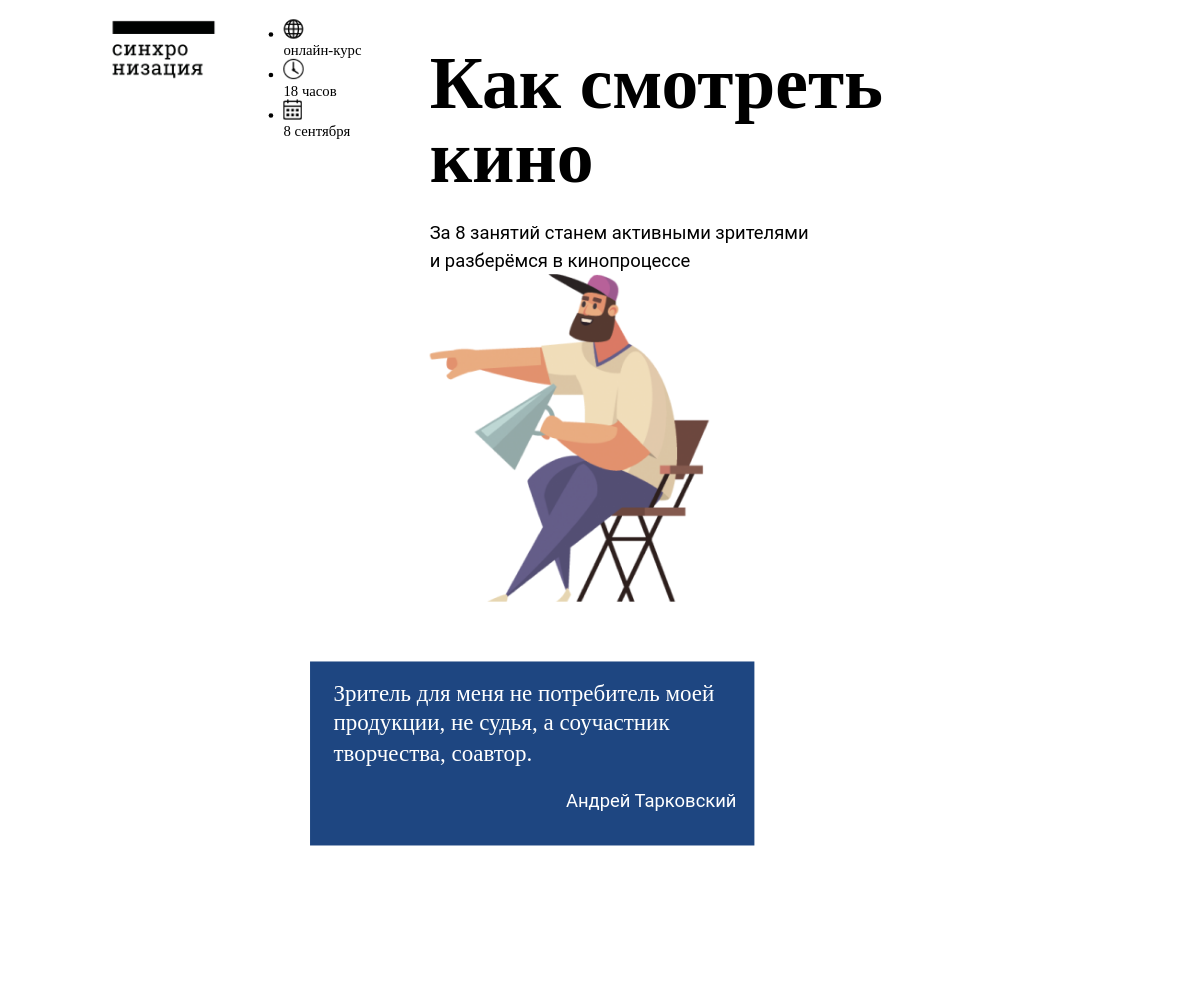
Repository: PoladEziz/Task-8
Page: index.html
The author's editor kept a copy of each file at every save. The page is drawn from the files as they stood at one save, then again after the next save.
The browser window is 1280 px wide. The pictures show the whole page, at 92% of full size.

Above is the page before, as saved 2023-05-25 16:23:32.

After the next save:
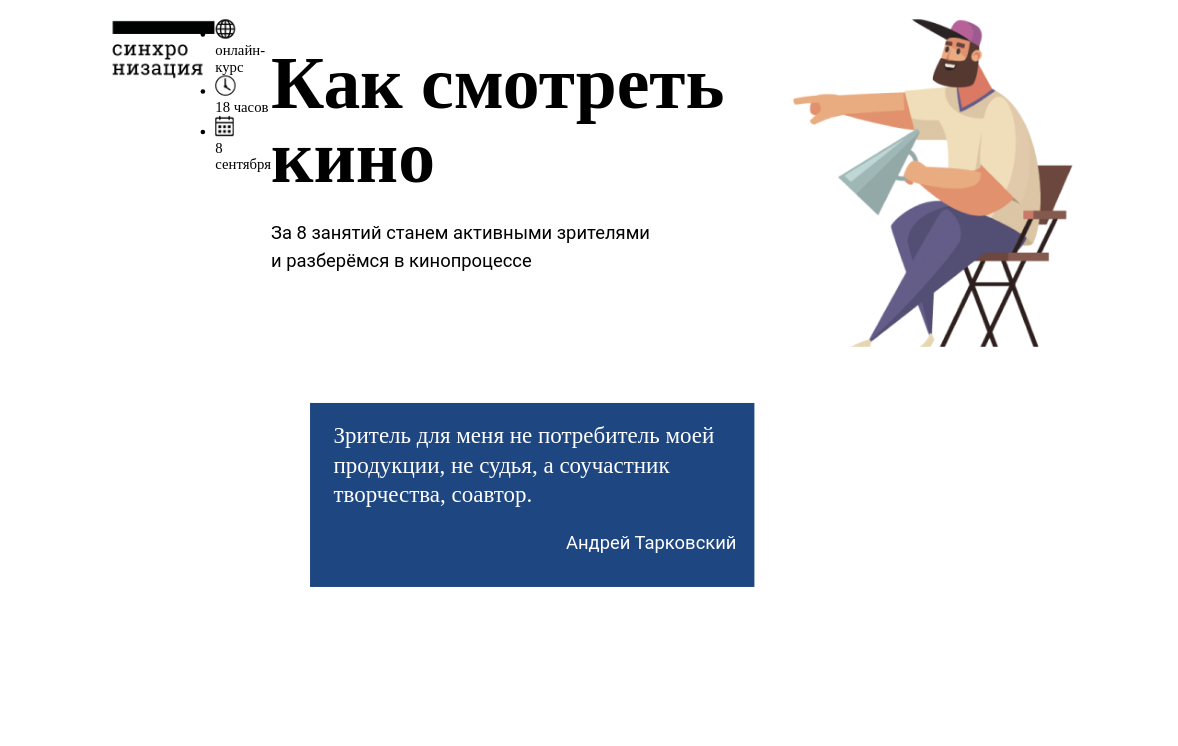
Saved 11 s later.
--- a/index.css
+++ b/index.css
@@ -97,3 +97,6 @@
   line-height: 150%;
   width: 414px;
 }
+.collaj{
+    display: flex;
+}
